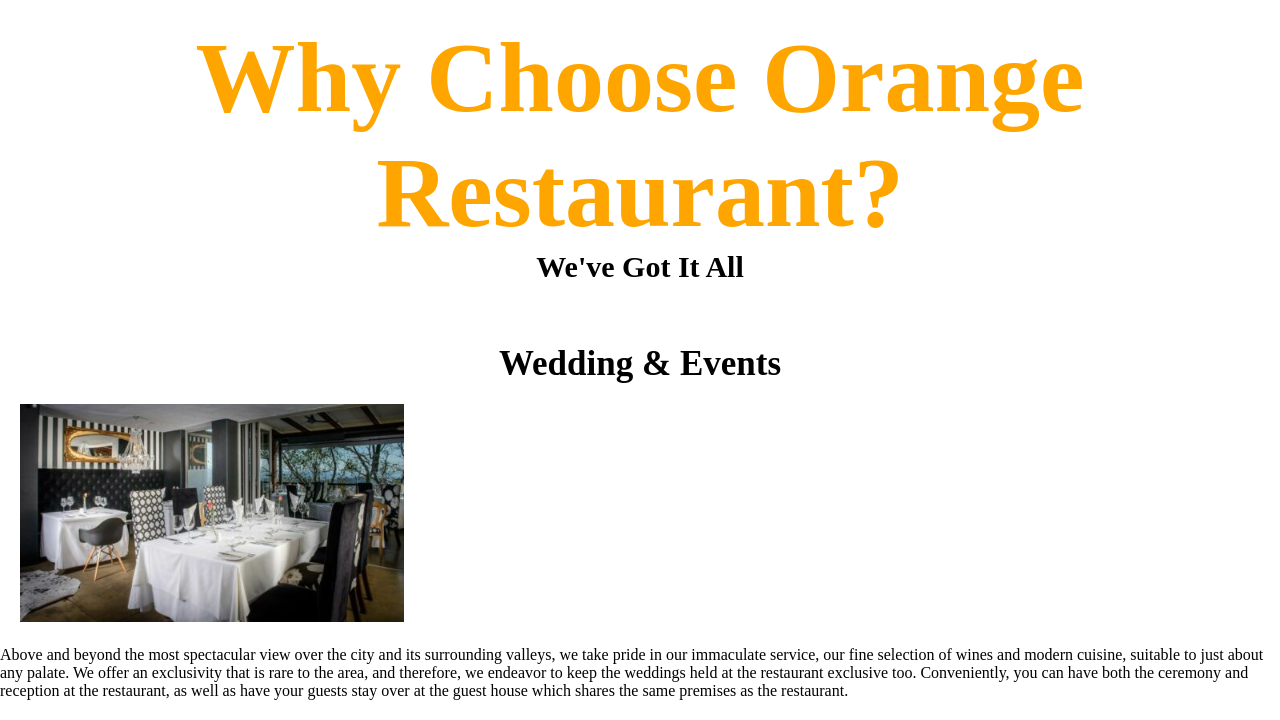
Repository: KaraboM20/KaraboUpdatedProjectOrang-Rest
Page: services.html
These files come from the project's save history. The page is drawn as it stood at one moment and after a run of saves; the edit follows.
The browser window is 1280 px wide. The pictures show the whole page.

Above is the page before, as saved 2024-11-23 20:23:16.

After the next 4 saves:
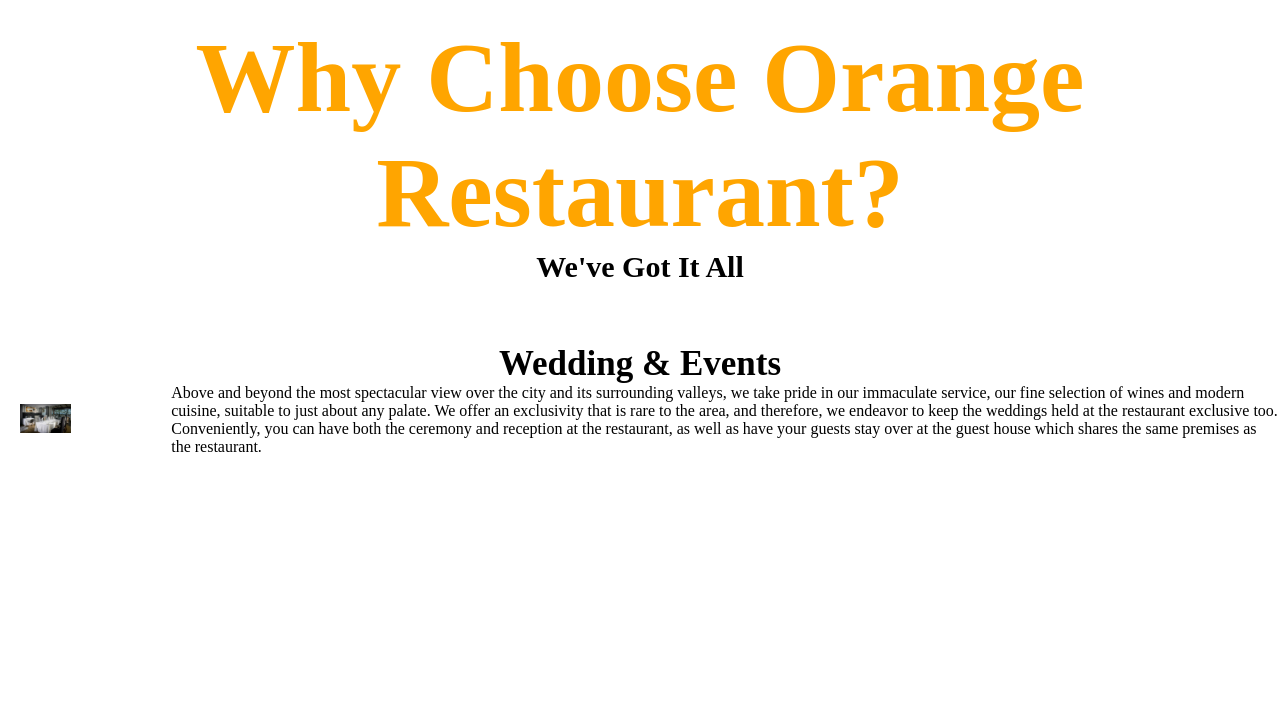
The 4 saves are shown as one change because they came seconds apart.
The last was saved 11 s later.
--- a/style.css
+++ b/style.css
@@ -312,4 +312,6 @@
     font-weight: bold;
 }
 
-.wed-
+.wed-info {
+    display: flex;
+}
